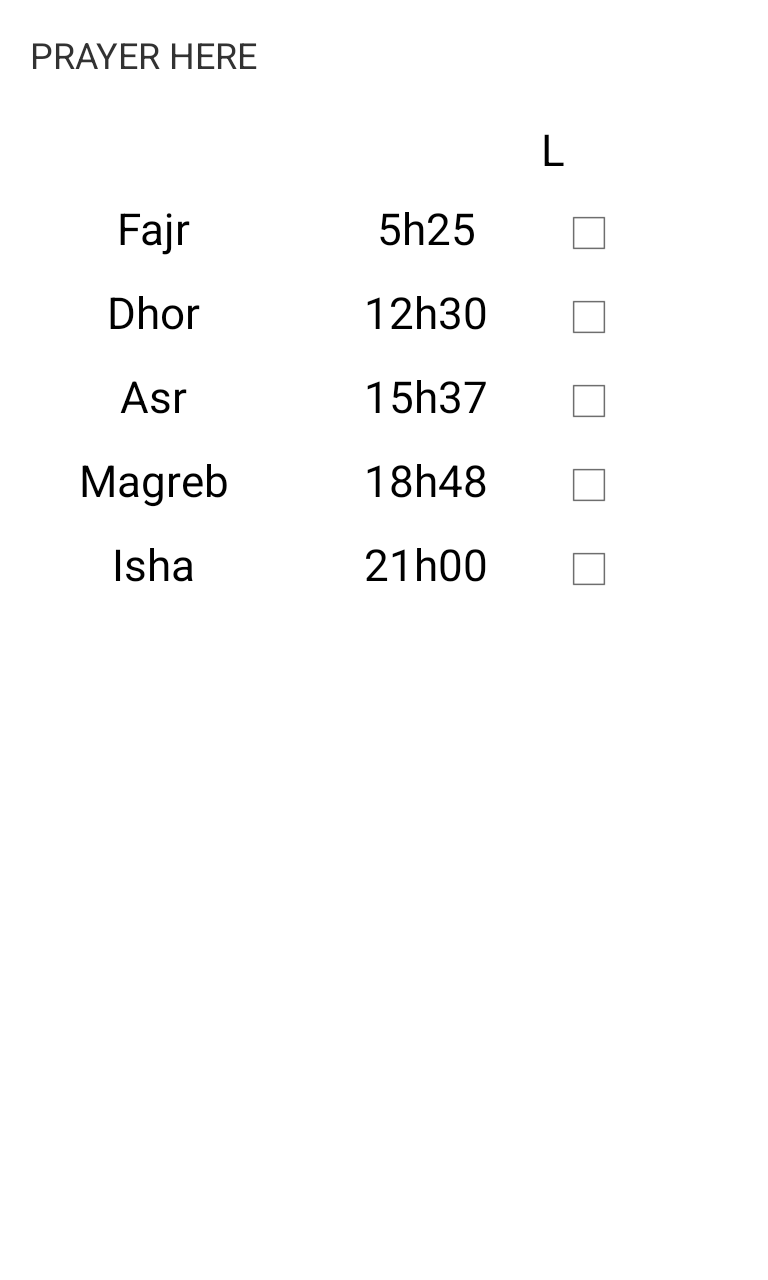
Repository: Osamah/Afstudeerwerk
Layout: NativeApp/SecondPillar/res/layout/activity_prayer.xml
An editor plug-in stored every save of this project. The layout is shown before and after the next save, followed by the edit.
It is drawn on a 768 x 1280 px phone screen (xhdpi) without system bars, with theme AppTheme; the app's code is not run.

Above is the layout before, as saved 2012-12-29 19:13:06.

### NativeApp/SecondPillar/res/layout/activity_prayer.xml
<?xml version="1.0" encoding="utf-8"?>
<LinearLayout
  xmlns:android="http://schemas.android.com/apk/res/android"
  android:orientation="vertical"
  android:layout_width="match_parent"
  android:layout_height="match_parent">

  <!-- Screen Design -->
  <TextView android:text="PRAYER HERE"
            android:padding="15dip"
            android:textSize="18dip"
            android:layout_width="fill_parent"
            android:layout_height="wrap_content"/>



  <TableLayout xmlns:android="http://schemas.android.com/apk/res/android"
    android:id="@+id/tblPrayer"
    android:layout_width="fill_parent"
    android:layout_height="fill_parent" >

  <!-- HEADER -->
 	<TableRow
        android:id="@+id/headerRow"
        android:layout_width="fill_parent"
        android:layout_height="wrap_content"
        android:padding="5dip" >

      <!--    <TextView
            android:id="@+id/headerCol1"
            android:text="@string/headerCol1"
            android:layout_weight="1"
            android:gravity="center"
            android:textAppearance="?android:attr/textAppearanceLarge" />

        <TextView
            android:id="@+id/headerCol2"
            android:text="@string/headerCol2"
            android:layout_weight="1"
            android:gravity="center"
            android:textAppearance="?android:attr/textAppearanceLarge" />-->

     	<TextView
            android:id="@+id/headerCol3"
            android:text="@string/headerCol3"
            android:layout_weight="1"
            android:gravity="center"
            android:textAppearance="?android:attr/textAppearanceLarge"
            android:layout_column="3"/>

  	</TableRow>

 	<!-- PRAYER 1 -->
    <TableRow
        android:id="@+id/fjarRow"
        android:layout_width="wrap_content"
        android:layout_height="wrap_content"
        android:padding="5dip" >

        <TextView
            android:id="@+id/prayer1"
            android:text="@string/prayer1"
            android:textAppearance="?android:attr/textAppearanceLarge"
            android:layout_weight="1"
            android:gravity="center"
            />

        <TextView
            android:id="@+id/prayerTime1"
            android:text="@string/prayerTime1"
            android:textAppearance="?android:attr/textAppearanceLarge"
            android:layout_weight="1"
            android:gravity="center"/>

        <CheckBox
            android:id="@+id/prayerNotification1"
            android:layout_weight="1"
            android:gravity="center"
        />
  	</TableRow>

    <!-- PRAYER 2 -->
    <TableRow
        android:id="@+id/dhorRow"
        android:layout_width="wrap_content"
        android:layout_height="wrap_content"
        android:padding="5dip" >

       <TextView
            android:id="@+id/prayer2"
            android:text="@string/prayer2"
            android:textAppearance="?android:attr/textAppearanceLarge"
            android:layout_weight="1"
            android:gravity="center"
            />

        <TextView
            android:id="@+id/prayerTime2"
            android:text="@string/prayerTime2"
            android:textAppearance="?android:attr/textAppearanceLarge"
            android:layout_weight="1"
            android:gravity="center"
            />

        <CheckBox
            android:id="@+id/prayerNotification2"
            android:layout_weight="1"
            android:gravity="center"
        />
  	</TableRow>

    <!-- PRAYER 3 -->
    <TableRow
        android:id="@+id/rhasrRow"
        android:layout_width="wrap_content"
        android:layout_height="wrap_content"
        android:padding="5dip" >

       <TextView
            android:id="@+id/prayer3"
            android:text="@string/prayer3"
            android:textAppearance="?android:attr/textAppearanceLarge"
            android:layout_weight="1"
            android:gravity="center"
            />

        <TextView
            android:id="@+id/prayerTime3"
            android:text="@string/prayerTime3"
            android:textAppearance="?android:attr/textAppearanceLarge"
            android:layout_weight="1"
            android:gravity="center"
            />

        <CheckBox
            android:id="@+id/prayerNotification3"
            android:layout_weight="1"
            android:gravity="center"
        />
  	</TableRow>

    <!-- PRAYER 4 -->
    <TableRow
        android:id="@+id/magrebRow"
        android:layout_width="wrap_content"
        android:layout_height="wrap_content"
        android:padding="5dip" >

        <TextView
            android:id="@+id/prayer4"
            android:text="@string/prayer4"
            android:textAppearance="?android:attr/textAppearanceLarge"
            android:layout_weight="1"
            android:gravity="center"
            />

        <TextView
            android:id="@+id/prayerTime4"
            android:text="@string/prayerTime4"
            android:textAppearance="?android:attr/textAppearanceLarge"
            android:layout_weight="1"
            android:gravity="center"
            />

        <CheckBox
            android:id="@+id/prayerNotification4"
            android:layout_weight="1"
            android:gravity="center"
        />
  	</TableRow>


    <!-- PRAYER 5 -->
    <TableRow
        android:id="@+id/lahsaRow"
        android:layout_width="wrap_content"
        android:layout_height="wrap_content"
        android:padding="5dip" >

  		 <TextView
            android:id="@+id/prayer5"
            android:text="@string/prayer5"
            android:textAppearance="?android:attr/textAppearanceLarge"
            android:layout_weight="1"
            android:gravity="center"
            />

        <TextView
            android:id="@+id/prayerTime5"
            android:text="@string/prayerTime5"
            android:layout_weight="1"
            android:gravity="center"
            android:textAppearance="?android:attr/textAppearanceLarge"
            />

        <CheckBox
            android:id="@+id/prayerNotification5"
            android:layout_weight="1"
            android:gravity="center"
        />
  	</TableRow>
    </TableLayout>


</LinearLayout>

### NativeApp/SecondPillar/res/values/strings.xml
<?xml version="1.0" encoding="utf-8"?>
<resources>

    <string name="app_name">Second Pillar</string>

    <!-- Menu -->
    <string name="menu_search">Search</string>

    <!-- Option Menu -->
	<string name="option_settings">Settings</string>
	<string name="option_about">About</string>

	<!-- Settings -->
	<string name="notifications">Notifications</string>

	<string name="prayingWhere">Where to pray?</string>
	<string name="prayHome">Home</string>
	<string name="prayMosque">Mosque</string>


	<string name="NotificationsPraying">When to pray?</string>
	<string name="inAdvance">In advance</string>
	<string name="onTime">On time</string>


    <!-- Prayer -->
    <string name="headerCol1">Prayer</string>
    <string name="headerCol2">Time</string>
    <string name="headerCol3">L</string>

    <string name="prayer1">Fajr</string>
    <string name="prayer2">Dhor</string>
    <string name="prayer3">Asr</string>
    <string name="prayer4">Magreb</string>
    <string name="prayer5">Isha</string>

    <string name="prayerTime1">5h25</string>
    <string name="prayerTime2">12h30</string>
    <string name="prayerTime3">15h37</string>
    <string name="prayerTime4">18h48</string>
    <string name="prayerTime5">21h00</string>

</resources>

Loaded but not shown: NativeApp/SecondPillar/res/values/styles.xml (common file); NativeApp/SecondPillar/res/values-v11/styles.xml (common file); NativeApp/SecondPillar/res/values-v14/styles.xml (common file)

After the next save:
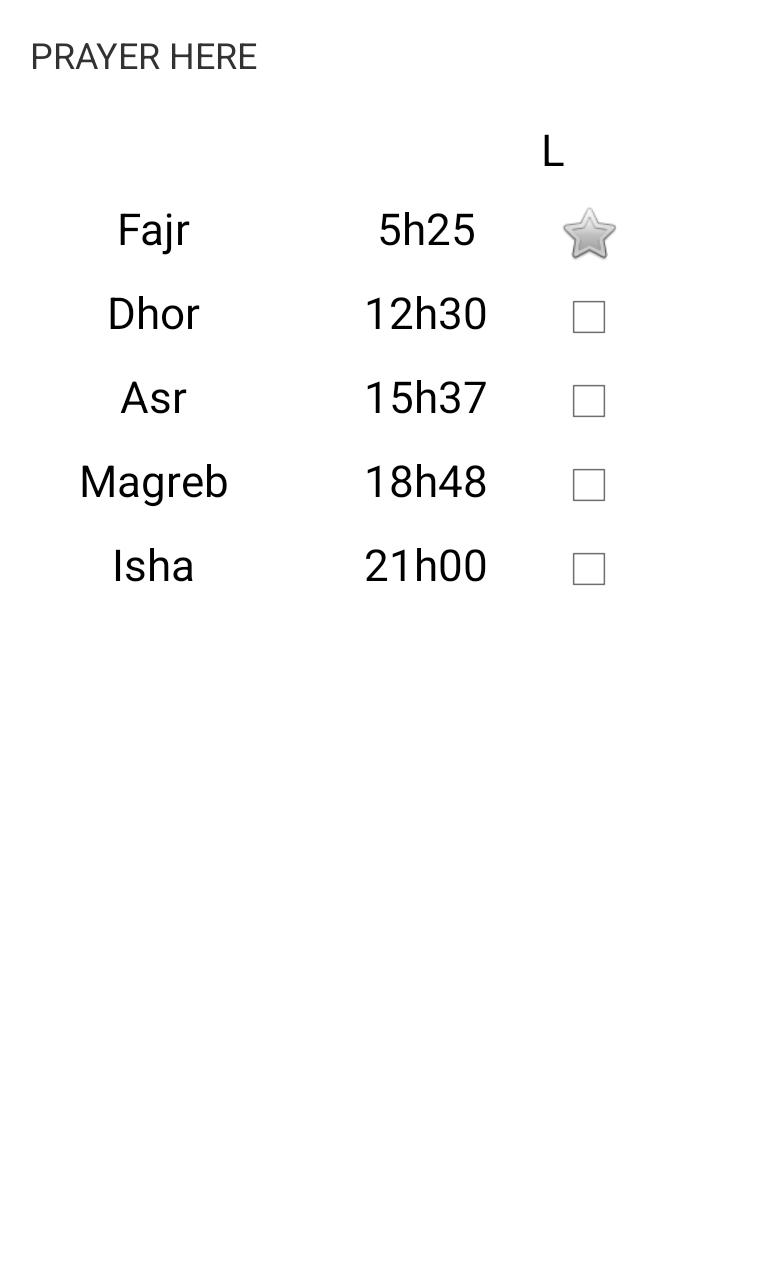
Saved 28 min 31 s later.
--- a/NativeApp/SecondPillar/res/layout/activity_prayer.xml
+++ b/NativeApp/SecondPillar/res/layout/activity_prayer.xml
@@ -76,6 +76,7 @@
             android:id="@+id/prayerNotification1"
             android:layout_weight="1"
             android:gravity="center"
+            android:button="@android:drawable/btn_star"
         />
   	</TableRow>
 
